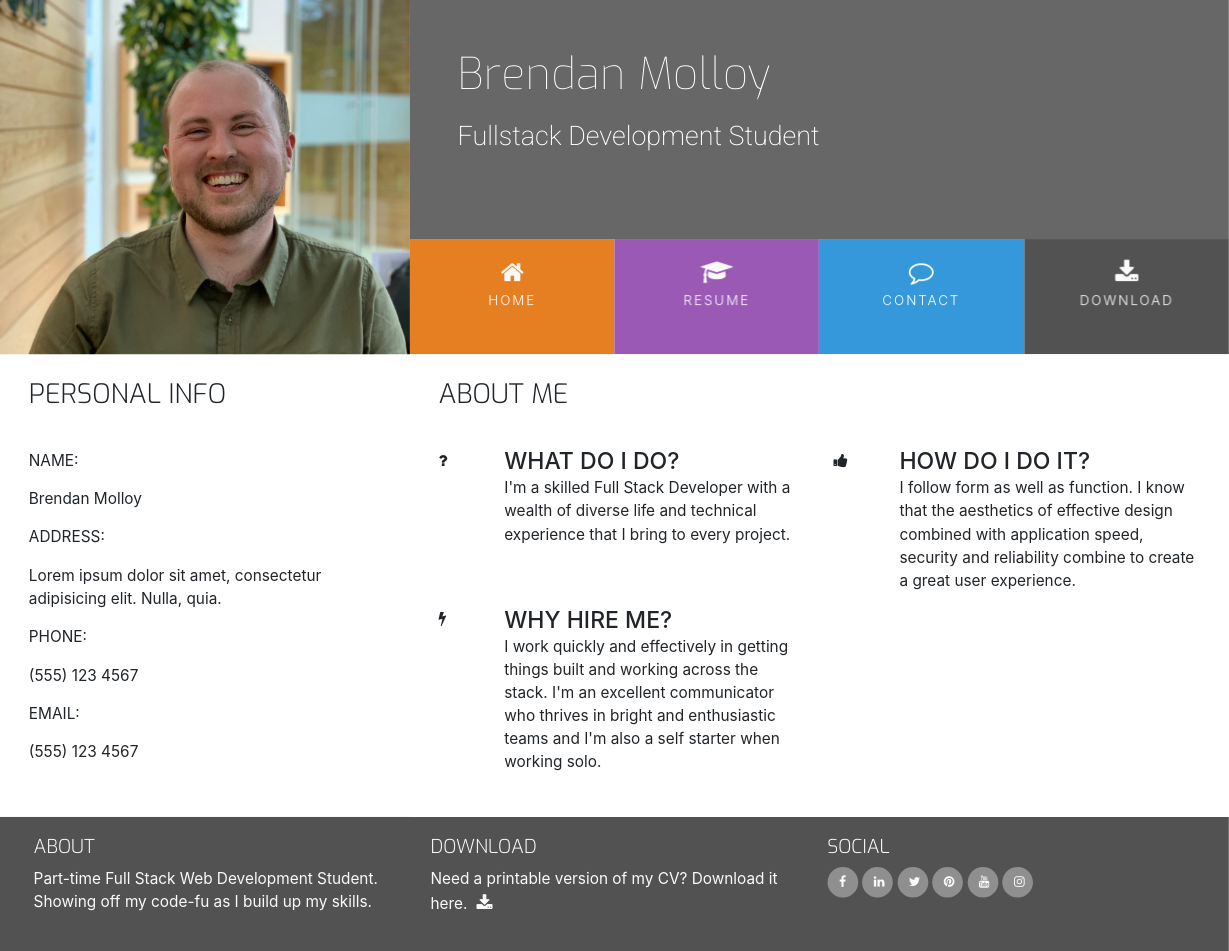
Repository: BrendanMolloy/my-web-cv
Page: index.html
The author's editor kept a record of every edit. The page is drawn from the files as they stood at one moment, then again after the next edit.
The browser window is 1280 px wide. The pictures show the whole page, at 96% of full size.

Above is the page before.

### index.html
<!DOCTYPE html>
<html lang="en">

<head>
    <meta charset="UTF-8">
    <meta name="viewport" content="width=device-width, initial-scale=1.0">
    <meta http-equiv="X-UA-Compatible" content="ie=edge">
    <link rel="stylesheet" href="https://stackpath.bootstrapcdn.com/bootstrap/4.3.1/css/bootstrap.min.css" type="text/css" />
    <link rel="stylesheet" href="https://stackpath.bootstrapcdn.com/font-awesome/4.7.0/css/font-awesome.min.css" type="text/css" />
    <link rel="stylesheet" href="https://cdnjs.cloudflare.com/ajax/libs/hover.css/2.3.1/css/hover-min.css" type="text/css" />
    <link rel="stylesheet" href="assets/css/style.css" type="text/css" />
    <title>Brendan Molloy</title>
</head>

<body>
    <header>
        <div class="row no-gutters">
            <a href="index.html" class="col-md-4 logo">

            </a>
            <div class="col-md-8">
                <div class="row bg-color-name-title no-gutters">
                    <div class="col heading">
                        <h1 class="name">Brendan Molloy</h1>
                        <h2 class="title">Fullstack Development Student</h2>
                    </div>
                </div>
                <div class="row no-gutters">
                    <div class="col">
                        <ul id=nav class="list-inline menucontainer">
                            <li class="col-6 col-sm-3 ui-menu-color-home list-inline-item menuitem">
                                <a href="#" class="hvr-sweep-to-bottom"><i class="fa fa-home" aria-hidden="true"></i><span>Home</span></a>
                            </li>
                            <li class="col-6 col-sm-3 ui-menu-color-resume list-inline-item menuitem">
                                <a href="#" class="hvr-sweep-to-bottom"><i class="fa fa-graduation-cap" aria-hidden="true"></i><span>Resume</span></a>
                            </li>
                            <li class="col-6 col-sm-3 ui-menu-color-contact list-inline-item menuitem">
                                <a href="#" class="hvr-sweep-to-bottom"><i class="fa fa-comment-o" aria-hidden="true"></i><span>Contact</span></a>
                            </li>
                            <li class="col-6 col-sm-3 ui-menu-color-download list-inline-item menuitem">
                                <a href="#" class="hvr-sweep-to-bottom"><i class="fa fa-download" aria-hidden="true"></i><span>Download</span></a>
                            </li>
                        </ul>
                    </div>
                </div>
            </div>
        </div>
    </header>
    <section class="container-fluid">
        <div class="row">
            <div class="col-md-4 bg-color-personal-info section-column">
                <div class="row">
                    <div class="col-12">
                        <h3 class="section-heading uppercase">
                            Personal Info
                        </h3>
                    </div>
                </div>
                <div class="personal-info-item">
                    <div class="key">
                        <p class="uppercase">
                            Name:
                        </p>
                    </div>
                    <div class="value">
                        <p>
                            Brendan Molloy
                        </p>
                    </div>
                </div>
                <div class="personal-info-item">
                    <div class="key">
                        <p class="uppercase">
                            Address:
                        </p>
                    </div>
                    <div class="value">
                        <p>
                            Lorem ipsum dolor sit amet, consectetur adipisicing elit. Nulla, quia.
                        </p>
                    </div>
                </div>
                <div class="personal-info-item">
                    <div class="key">
                        <p class="uppercase">
                            Phone:
                        </p>
                    </div>
                    <div class="value">
                        <p>
                            (555) 123 4567
                        </p>
                    </div>
                </div>
                <div class="personal-info-item">
                    <div class="key">
                        <p class="uppercase">
                            Email:
                        </p>
                    </div>
                    <div class="value">
                        <p>
                            (555) 123 4567
                        </p>
                    </div>
                </div>
            </div>
            <div class="col-md-8 bg-color-three-reasons section-column">
                <div class="row">
                    <div class="col">
                        <h3 class="section-heading uppercase">About Me</h3>
                    </div>
                </div>
                <div class="row">
                    <div class="col-10 offset-1 offset-sm-0 col-sm-4 col-md-6">
                        <div class="row">
                            <div class="col-2">
                                <i class="three-reasons-icon fa fa-question" aria-hidden="true"></i>
                            </div>
                            <div class="col-10">
                                <h4 class="three-reasons-heading uppercase">What do I do?</h4>
                                <p>
                                    I'm a skilled Full Stack Developer with a wealth of diverse life and technical experience that I bring to every project.
                                </p>
                            </div>
                        </div>
                    </div>
                    <div class="col-10 offset-1 offset-sm-0 col-sm-4 col-md-6">
                        <div class="row">
                            <div class="col-2">
                                <i class="three-reasons-icon fa fa-thumbs-up" aria-hidden="true"></i>
                            </div>
                            <div class="col-10">
                                <h4 class="three-reasons-heading uppercase">How do I do it?</h4>
                                <p>
                                    I follow form as well as function. I know that the aesthetics of effective design combined with application speed, security and reliability combine to create a great user experience.
                                </p>
                            </div>
                        </div>
                    </div>
                    <div class="col-10 offset-1 offset-sm-0 col-sm-4 col-md-6">
                        <div class="row">
                            <div class="col-2">
                                <i class="three-reasons-icon fa fa-bolt" aria-hidden="true"></i>
                            </div>
                            <div class="col-10">
                                <h4 class="three-reasons-heading uppercase">Why hire me?</h4>
                                <p>
                                    I work quickly and effectively in getting things built and working across the stack. I'm an excellent communicator who thrives in bright and enthusiastic teams and I'm also a self starter when working solo.
                                </p>
                            </div>
                        </div>
                    </div>
                </div>
            </div>
        </div>
    </section>
    <footer class="container-fluid">
        <div class="row" id="footer-details">
            <div class="col-sm-4">
                <h5 class="uppercase general-sub">About</h5>
                <p class="inline-block">
                    Part-time Full Stack Web Development Student. Showing off my code-fu as I build up my skills.
                </p>
            </div>
            <div class="col-sm-4">
                <h5 class="uppercase general-sub">Download</h5>
                <p class="inline-block">
                    Need a printable version of my CV? Download it here.
                    <a href="#" target="_blank" class="cv-pdf">
                        <i class="fa fa-download" aria-hidden="true"></i>
                        <span class="sr-only">Download link.</span>
                    </a>
                </p>
            </div>
            <div class="col-sm-4">
                <h5 class="uppercase general-sub">Social</h5>
                <ul class="list-inline social-links">
                    <li class="list-inline-item">
                        <a target="_blank" href="#">
                            <i class="fa fa-facebook" aria-hidden="true"></i>
                            <span class="sr-only">Facebook</span>
                        </a>
                    </li>
                    <li class="list-inline-item">
                        <a target="_blank" href="#">
                            <i class="fa fa-linkedin" aria-hidden="true"></i>
                            <span class="sr-only">LinkedIn</span>
                        </a>
                    </li>
                    <li class="list-inline-item">
                        <a target="_blank" href="#">
                            <i class="fa fa-twitter" aria-hidden="true"></i>
                            <span class="sr-only">Twitter</span>
                        </a>
                    </li>
                    <li class="list-inline-item">
                        <a target="_blank" href="#">
                            <i class="fa fa-pinterest" aria-hidden="true"></i>
                            <span class="sr-only">Pinterest</span>
                        </a>
                    </li>
                    <li class="list-inline-item">
                        <a target="_blank" href="#">
                            <i class="fa fa-youtube" aria-hidden="true"></i>
                            <span class="sr-only">YouTube</span>
                        </a>
                    </li>
                    <li class="list-inline-item">
                        <a target="_blank" href="#">
                            <i class="fa fa-instagram" aria-hidden="true"></i>
                            <span class="sr-only">Instagram</span>
                        </a>
                    </li>
                </ul>
            </div>
        </div>
    </footer>
</body>

</html>

### assets/css/style.css
@import url('https://fonts.googleapis.com/css?family=Roboto:100,200,300,400,500,600,700|Exo:100,200,300,400,500,600,700');

/*-----Colors-----*/

.bg-color-name-title {
    background-color: #676767;
}

.bg-color-three-reasons{
    background-color:#fff;
}

.ui-menu-color-home {
    background-color: #e67e22;
}

.ui-menu-color-resume {
    background-color: #9b59b6;
}

.ui-menu-color-contact {
    background-color: #3498db;
}

.ui-menu-color-download {
    background-color: #525252;
}

/*-----Special Paddings/Margins/Text-----*/

h1,
h2,
h3,
h4 {
    margin: 0;
}

.uppercase{
    text-transform:uppercase;
}

.general-sub{
    font-family:"Exo",sans-serif;
    font-weight:300;
    color:#fafafa;
}

.inline-block{
    display:inline-block;
}

.row-table{
    display:table;
}

.section-column{
    display:table-cell;
    padding:0 30px 30px;
    float:none;
}

.section-heading{
    font-family:"Exo", sans-serif;
    font-weight:300;
    margin-top:25px;
    margin-bottom:40px;
}

/*-----Headings-----*/

header {
    margin: 0;
}

.heading {
    margin-left: 50px;
}

.logo {
    background: url("../images/profile_pic.jpg");
    background-position: center;
    background-repeat: no-repeat;
    background-size: cover;
    min-height: 360px;
    transition: all .5s ease-in-out;
    -moz-transition: all .5s ease-in-out;
    -webkit-transition: all .5s ease-in-out;
}

.name {
    font-family: "Exo", sans-serif;
    font-weight: 100;
    font-size: 46px;
    margin-top: 50px;
    color: #fff;
}

.title {
    font-family: "Roboto", sans-serif;
    font-weight: 200;
    font-size: 28px;
    margin-top: 20px;
    margin-bottom: 90px;
    color: #fff;
}

.list-inline-item:not(:last-child) {
    margin: 0;
}

.menucontainer {
    font-size: 0;
}

#nav {
    margin: 0;
}

#nav li {
    font-size: 14px;
    padding: 0;
}

.menuitem {
    height: 120px;
    text-align: center;
    padding: 0;
}

.menuitem a {
    width: 100%;
    text-decoration: none;
    color: #fff;
    height: 120px;
}

.menuitem a i {
    padding-top: 22px;
    display: block;
    color: #fafafa;
    font-size: 26px;
}

.menuitem span {
    display: block;
    width: 100%;
    padding-top: 5px;
    text-align: center;
    text-transform: uppercase;
    font-size: 14px;
    font-weight: 300;
    letter-spacing: 2px;
}

/*-----Hover.css-----*/

.hvr-sweep-to-bottom:before {
    background-color: rgba(0, 0, 0, 0.2);
    height: 120px;
}

/*-----Footer-----*/

footer{
    background-color:#525252;
    color:#fafafa;
    min-height:120px;
    margin:0;
}

.cv-pdf i{
    font-size:18px;
    color:#fafafa;
    text-align:center;
    padding:5px;
    transition:all 0.35s ease-in-out;
    -moz-transition:all 0.35s ease-in-out;
    -webkit-transition:all 0.35s ease-in-out;
    -o-transition:all 0.35s ease-in-out;
}

.cv-pdf i:hover{
    color:#e84610;
}

.social-links{
    padding-bottom:15px;
}

.social-links li a i{
    width:32px;
    height:32px;
    padding:12px;
    border-radius:50%;
    font-size:13px;
    line-height:7px;
    text-align:center;
    color:#fafafa;
    background-color:#8f8f8f;
    transition:all 0.35s ease-in-out;
    -moz-transition:all 0.35s ease-in-out;
    -webkit-transition:all 0.35s ease-in-out;
    -o-transition:all 0.35s ease-in-out;
}

.social-links li a i:hover{
    background-color:#e84610;
}

#footer-details{
    padding:20px;
}

After the next edit:
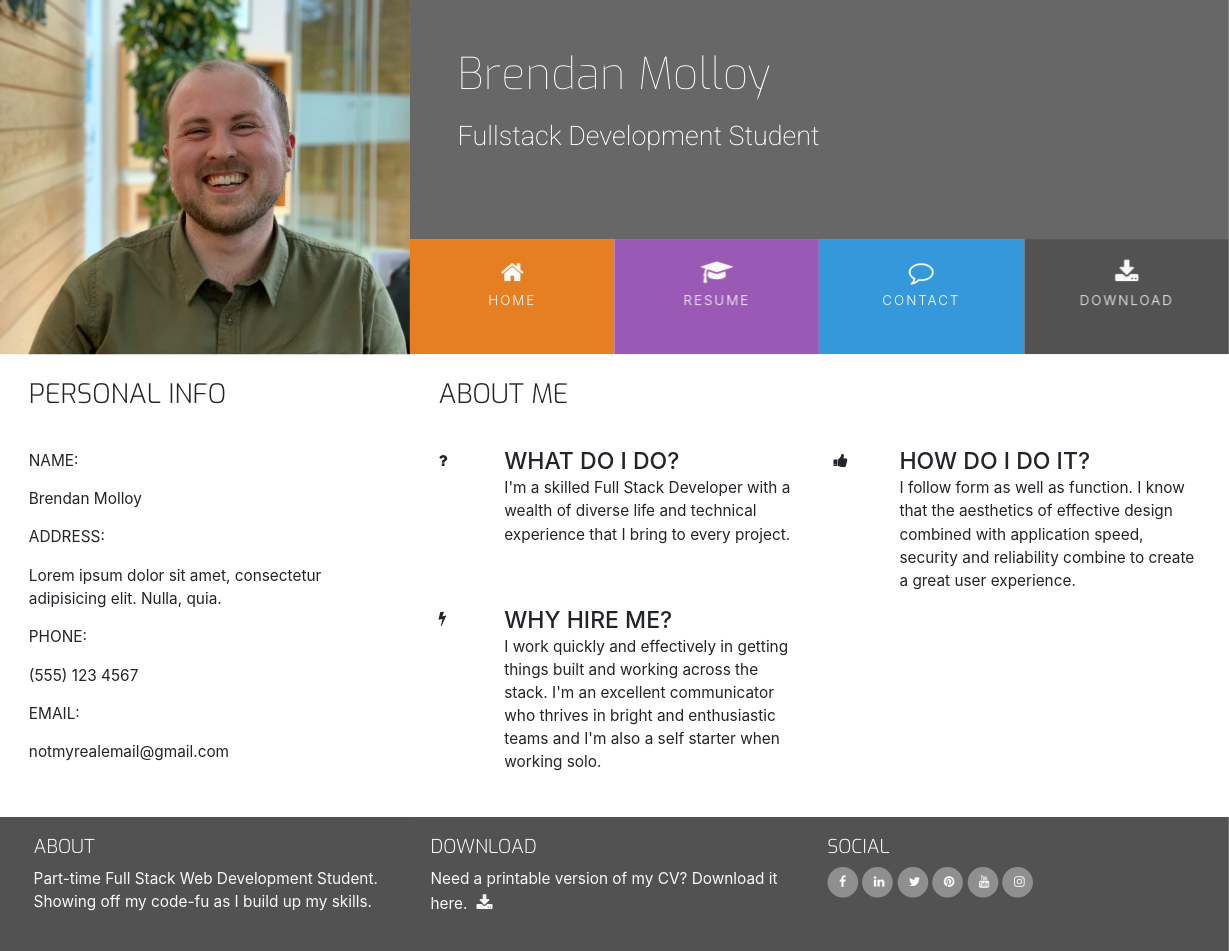
The edit:
--- a/index.html
+++ b/index.html
@@ -100,7 +100,7 @@
                     </div>
                     <div class="value">
                         <p>
-                            (555) 123 4567
+                            notmyrealemail@gmail.com
                         </p>
                     </div>
                 </div>
